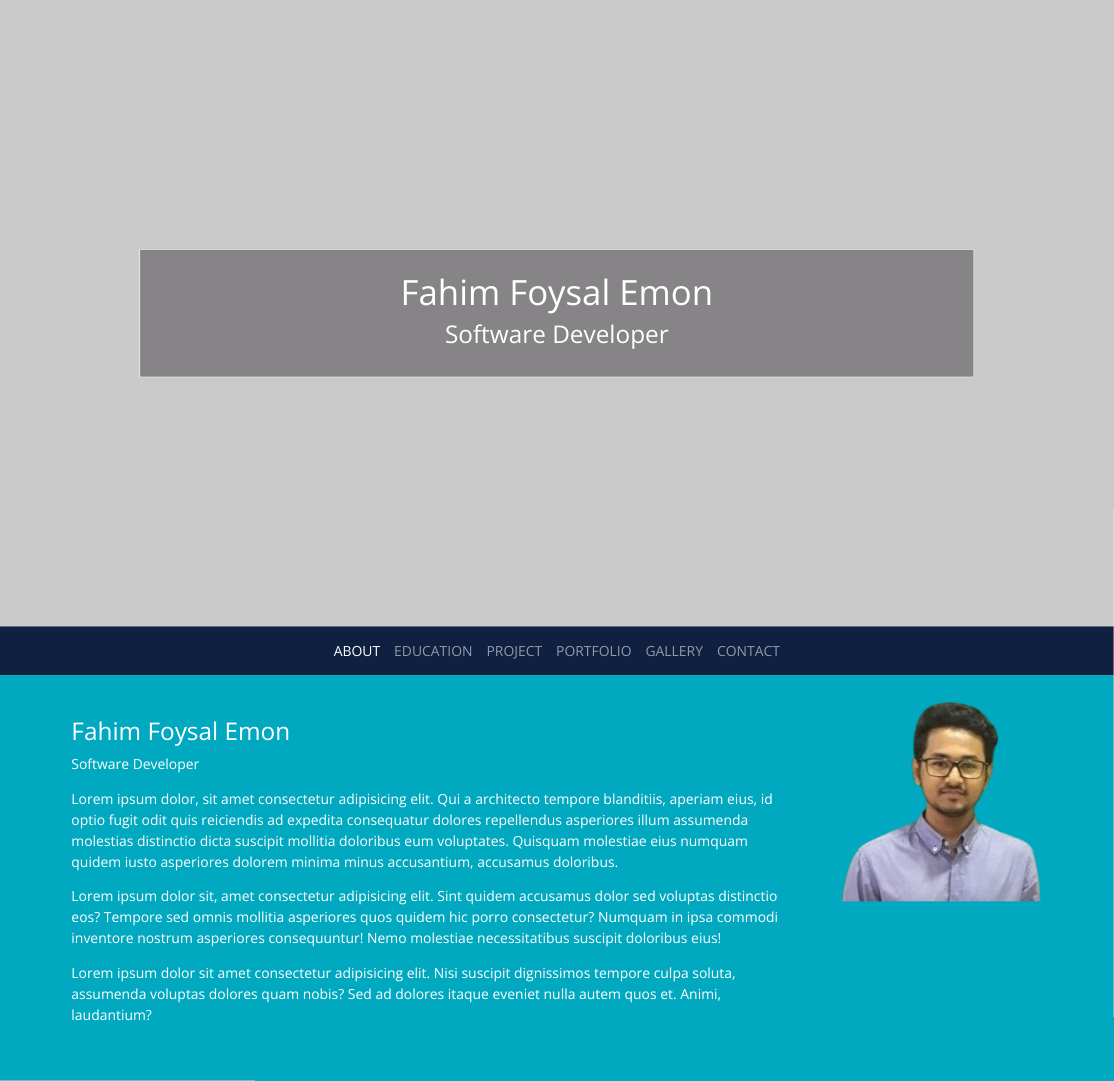
Repository: emowzz/emowzz.github.io
Page: index.html
The author's editor kept a copy of each file at every save. The page is drawn from the files as they stood at one save, then again after the next save.
The browser window is 1280 px wide. The pictures show the whole page, at 87% of full size.
Some web libraries are served in a nearby version.

Above is the page before, as saved 2021-03-17 18:05:42.

### index.html
<!doctype html>
<html lang="en">

<head>
  <!-- Required meta tags -->
  <meta charset="utf-8">
  <meta name="viewport" content="width=device-width, initial-scale=1">
  <link rel="shortcut icon" type="image/png" href="./Image/myImgZoom.jpg">
  <!-- Bootstrap CSS -->
  <link href="https://cdn.jsdelivr.net/npm/bootstrap@5.0.0-beta2/dist/css/bootstrap.min.css" rel="stylesheet"
    integrity="sha384-BmbxuPwQa2lc/FVzBcNJ7UAyJxM6wuqIj61tLrc4wSX0szH/Ev+nYRRuWlolflfl" crossorigin="anonymous">
  <link rel="preconnect" href="https://fonts.gstatic.com">
  <link href="https://fonts.googleapis.com/css2?family=Open+Sans:wght@300&display=swap" rel="stylesheet">
  <link rel="stylesheet" href="./CSS/style.css">


  <title>Hi There, I'm Fahim Foysal Emon!</title>

  <script src="https://kit.fontawesome.com/a076d05399.js" crossorigin="anonymous"></script>
</head>

<body>

  <!-- this is banner section -->
  <section class="banner-container container-fluid">
    <div class="row vh-100">
      <div class="col-md-9 banner-column m-auto text-center text-white p-4 border border-light">
        <h1 class="display:4 font-weight:bolder">Fahim Foysal Emon</h1>
        <h3>Software Developer</h3>
      </div>
    </div>
  </section>

  <!-- this is nav-bar section -->
  <nav class="navbar navbar-expand-lg navbar-dark navbar-container">
    <div class="container-fluid">
      <button class="navbar-toggler" type="button" data-bs-toggle="collapse" data-bs-target="#navbarSupportedContent"
        aria-controls="navbarSupportedContent" aria-expanded="false" aria-label="Toggle navigation">
        <span class="navbar-toggler-icon"></span>
      </button>
      <div class="collapse navbar-collapse" id="navbarSupportedContent">
        <ul class="navbar-nav m-auto mb-2 mb-lg-0">
          <li class="nav-item">
            <a class="nav-link active" aria-current="page" href="#About">ABOUT</a>
          </li>
          <li class="nav-item">
            <a class="nav-link" href="#Education">EDUCATION</a>
          </li>
          <li class="nav-item">
            <a class="nav-link" href="#Project">PROJECT</a>
          </li>
          <li class="nav-item">
            <a class="nav-link" href="#Portfolio">PORTFOLIO</a>
          </li>
          <li class="nav-item">
            <a class="nav-link" href="#Gallery">GALLERY</a>
          </li>
          <li class="nav-item">
            <a class="nav-link" href="#Contact">CONTACT</a>
          </li>
        </ul>
      </div>
    </div>
  </nav>

  <!-- this is about section -->
  <div class="about-container">
    <div class="container">
      <div class="row">
        <div class="col-md-9 py-5 text-white">
          <h3>Fahim Foysal Emon</h3>
          <p>Software Developer</p>
          <p>Lorem ipsum dolor, sit amet consectetur adipisicing elit. Qui a architecto tempore blanditiis, aperiam
            eius, id optio fugit odit quis reiciendis ad expedita consequatur dolores repellendus asperiores illum
            assumenda molestias distinctio dicta suscipit mollitia doloribus eum voluptates. Quisquam molestiae eius
            numquam quidem iusto asperiores dolorem minima minus accusantium, accusamus doloribus.</p>
          <p>Lorem ipsum dolor sit, amet consectetur adipisicing elit. Sint quidem accusamus dolor sed voluptas
            distinctio eos? Tempore sed omnis mollitia asperiores quos quidem hic porro consectetur? Numquam in ipsa
            commodi inventore nostrum asperiores consequuntur! Nemo molestiae necessitatibus suscipit doloribus eius!
          </p>
          <p>
            Lorem ipsum dolor sit amet consectetur adipisicing elit. Nisi suscipit dignissimos tempore culpa soluta,
            assumenda voluptas dolores quam nobis? Sed ad dolores itaque eveniet nulla autem quos et. Animi, laudantium?
          </p>
        </div>

        <div class="col-md-3">
          <img src="/Image/myImg.png" alt="">
        </div>
      </div>
    </div>
  </div>

  <!-- Optional JavaScript; choose one of the two! -->

  <!-- Option 1: Bootstrap Bundle with Popper -->
  <script src="https://cdn.jsdelivr.net/npm/bootstrap@5.0.0-beta2/dist/js/bootstrap.bundle.min.js"
    integrity="sha384-b5kHyXgcpbZJO/tY9Ul7kGkf1S0CWuKcCD38l8YkeH8z8QjE0GmW1gYU5S9FOnJ0"
    crossorigin="anonymous"></script>

  <!-- Option 2: Separate Popper and Bootstrap JS -->
  <!--
    <script src="https://cdn.jsdelivr.net/npm/@popperjs/core@2.6.0/dist/umd/popper.min.js" integrity="sha384-KsvD1yqQ1/1+IA7gi3P0tyJcT3vR+NdBTt13hSJ2lnve8agRGXTTyNaBYmCR/Nwi" crossorigin="anonymous"></script>
    <script src="https://cdn.jsdelivr.net/npm/bootstrap@5.0.0-beta2/dist/js/bootstrap.min.js" integrity="sha384-nsg8ua9HAw1y0W1btsyWgBklPnCUAFLuTMS2G72MMONqmOymq585AcH49TLBQObG" crossorigin="anonymous"></script>
    -->
</body>

</html>

### CSS/style.css
body {
    font-family: 'Open Sans', sans-serif;
}


.banner-container {
    background-color: #CACACA;
}

.banner-column {
    background-color: #868486;
}

.navbar-container {
    background-color: #102040;
}

.about-container {
    background-color: #00A9C0;
}

After the next save:
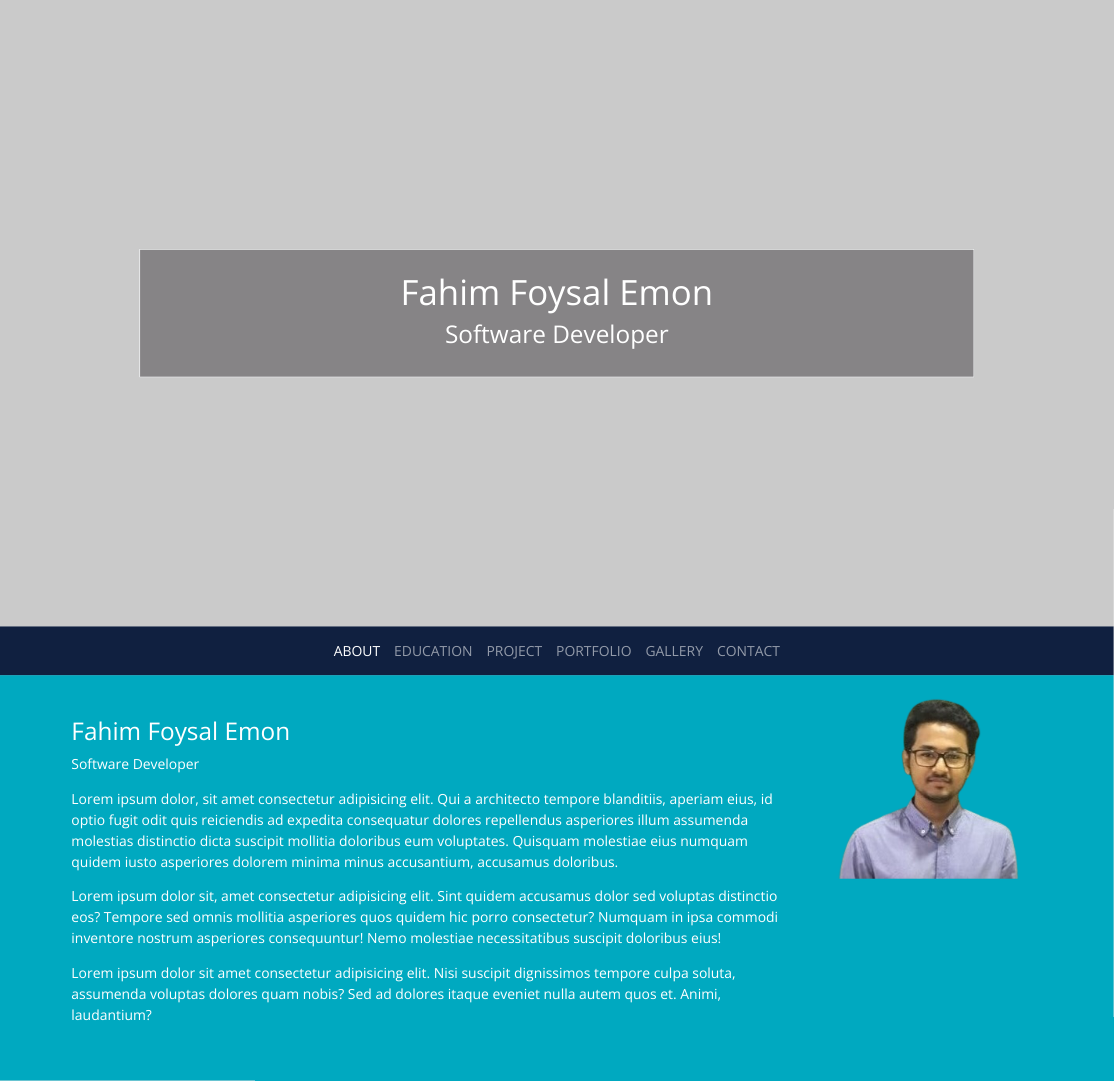
Saved 35 s later.
--- a/index.html
+++ b/index.html
@@ -85,7 +85,7 @@
         </div>
 
         <div class="col-md-3">
-          <img src="/Image/myImg.png" alt="">
+          <img src="/Image/myImg.png" alt="" class="img-fluid">
         </div>
       </div>
     </div>
